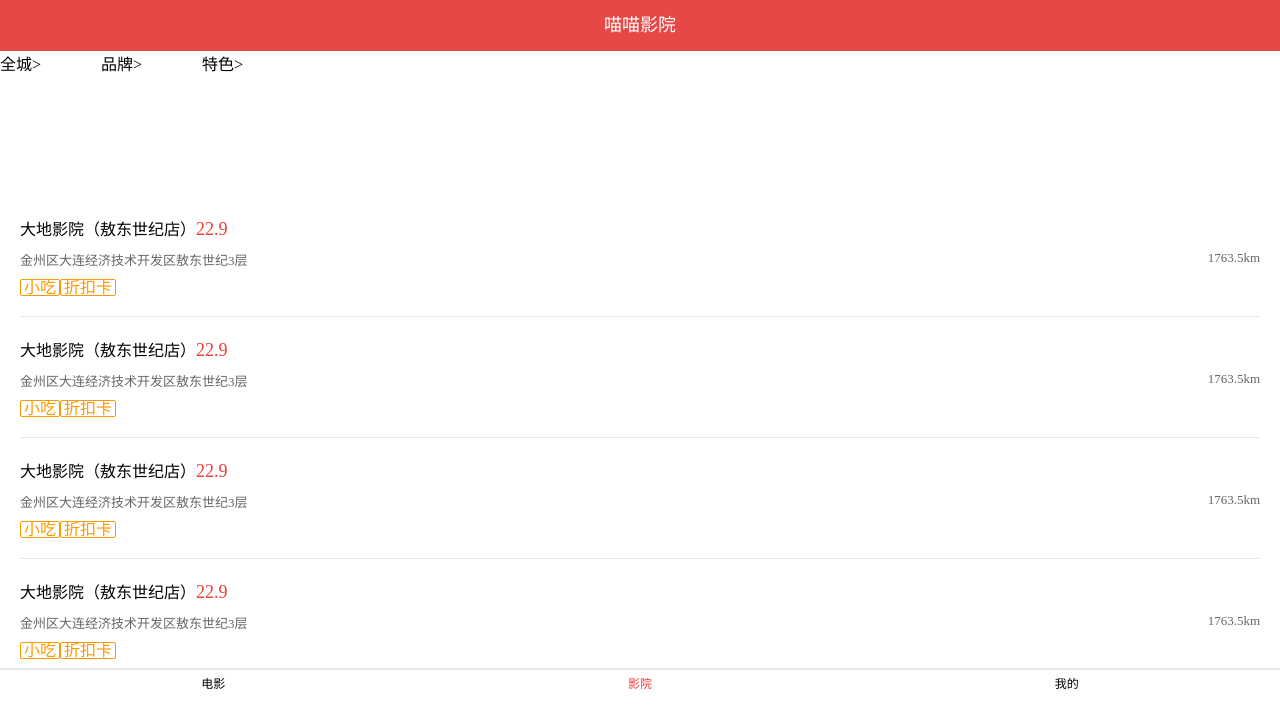
Repository: X-J-0/miaomiao_film
Page: /cinema (app in miaomiao/)
An editor plug-in stored every save of this project. The page is shown before and after the next save, followed by the edit.
The browser window is 1280 px wide. The pictures show the whole page.
The project was rebuilt for these pictures with package versions that can differ from the ones it lists, and the page was loaded fresh each time. Also part of the build but not shown: miaomiao/src/components/Allocate/index.vue. Imported but missing from the stored project, and not drawn on this page: miaomiao/src/components/Brand, miaomiao/src/components/Special.

Above is the page before, as saved 2020-03-24 19:42:39.

### miaomiao/public/index.html
<!DOCTYPE html>
<html lang="en">
  <head>
    <meta charset="utf-8">
    <meta http-equiv="X-UA-Compatible" content="IE=edge">
    <meta name="viewport" content="width=device-width,initial-scale=1.0,user-scalable=no">
    <link rel="icon" href="<%= BASE_URL %>favicon.ico">
    <link rel="stylesheet" href="<%= BASE_URL %>css/common.css">
    <!-- <link rel="stylesheet" href="<%= BASE_URL %>css/common.css"> -->
    <title><%= htmlWebpackPlugin.options.title %></title>
  </head>
  <body>
    <noscript>
      <strong>We're sorry but <%= htmlWebpackPlugin.options.title %> doesn't work properly without JavaScript enabled. Please enable it to continue.</strong>
    </noscript>
    <div id="app"></div>
    <!-- built files will be auto injected -->
  </body>
</html>

### miaomiao/src/App.vue
<template>
    <keep-alive>
        <router-view/>
    </keep-alive>
</template>

<style lang="scss">
</style>

### miaomiao/src/router/index.js
import Vue from 'vue'
import VueRouter from 'vue-router'
import movieRouter from './movie'
import mineRouter from './mine'
import cinemaRouter from './cinema'

Vue.use(VueRouter)


const router = new VueRouter({
  mode: 'history',
  base: process.env.BASE_URL,
  routes: [
    movieRouter,
    mineRouter,
    cinemaRouter,
    {
      path:'/*',
      redirect:'/movie'
    }
  ]
})

export default router

### miaomiao/src/router/movie/index.js
export default {
    path:'/movie',
    component : () => import('@/views/Movie'),
    children:[
        {
            path:'city',
            component:()=>import('@/components/City')
        },
        {
            path:'nowPlaying',
            component:()=>import('@/components/NowPlaying')
        },
        {
            path:'comingSoon',
            component:()=>import('@/components/ComingSoon')
        },
        {
            path:'search',
            component:()=>import('@/components/Search')
        },
        {
            path:'/movie',
            redirect:'/movie/nowPlaying'
        }
    ]
}

### miaomiao/src/router/mine/index.js
export default {
    path:'/mine',
    component : () => import('@/views/Mine'),
    children:[
        {
            path:'center',
            component:()=>import('@/views/Mine/center.vue')
        },
        {
            path:'login',
            component:()=>import('@/components/Login')
        },
        {
            path:'register',
            component:()=>import('@/components/Register')
        },
        {
            path:'findPassword',
            component:()=>import('@/components/FindPassword')
        },
        {
            path:'/mine',
            redirect:'center'
        }
    ]
}

### miaomiao/src/router/cinema/index.js
export default {
    path:'/cinema',
    component : () => import('@/views/Cinema'),
    children:[
        {
            path:'allocate',
            component:()=>import('@/components/Allocate')
        },
        {
            path:'brand',
            component:()=>import('@/components/Brand')
        },
        {
            path:'special',
            component:()=>import('@/components/Special')
        },
        {
            path:'/cinema',
            redirect:'/cinema/allocate'
        }
    ]
}

### miaomiao/src/views/Cinema/index.vue
<template>
    <div id="main">
        <Header title="喵喵影院" />
        <div id="content">
          <ul class="cinema_menu">
            <li class="city_switch">
              全城>
            </li>
            <li class="brand_switch">
              品牌>
            </li>
            <li class="feature_switch">
              特色>
            </li>
          </ul>
        </div>
        <Clist/>
        <TabBar />
    </div>
</template>

<script>

import Header from '@/components/Header';
import TabBar from '@/components/TabBar';
import Clist from '@/components/Clist';
export default {
  name:'Cinema',
    components : {
    Header,
    TabBar,
    Clist
  },
  data(){
   return {

   }
  }
}
</script>

<style scoped>
.cinema_menu li{
  margin-right: 10px;
  margin-right:60px;
  float:left;
}
</style>

### miaomiao/src/components/Header/index.vue
<template>
    <header id="header">
        <h1>{{title}}</h1>
    </header>
</template>

<script>
export default {
  name:'Header',
  props:{
      title:{
          type:String,
          default:'喵喵电影'
      }
  }
}
</script>

<style scoped>
#header{width:100%;height:50px;color:#fff;background-color: #e54847;border-bottom:1px solid #e54847;position: relative;}
#header h1{font-size:18px;text-align: center;line-height: 50px; font-weight: normal;}
#header i{position:absolute;left:5px;top:50%;margin-top:-13px;font-size:26px;}
</style>

### miaomiao/src/components/TabBar/index.vue
<template>
    <footer id="footer">
        <ul>
            <router-link tag="li" to="/movie">
                <!-- <i class="iconfont icon-dianying"></i> -->
                <p>电影</p>
            </router-link>
            <router-link tag="li" to="/cinema">
                <!-- <i class="iconfont icon-yingyuan"></i> -->
                <p>影院</p>
            </router-link>
            <router-link tag="li" to="/mine">
                <!-- <i class="iconfont icon-dianying"></i> -->
                <p>我的</p>
            </router-link>
        </ul>
    </footer>
</template>

<script>
export default {
  name:'Footer',
  data(){
   return {

   }
  }
}
</script>

<style scoped>
#footer{width:100%; height:50px;background-color: #fff;border-top:2px #ebe8e3 solid;position:fixed;left:0;bottom:0;}
#footer ul{display:flex;text-align: center;height:50px;align-items:center;}
#footer ul li{flex:1;height:40px;}
#footer ul li.active{color:#f03d37;}
#footer ul li.router-link-active{color:#f03d37;}
#footer ul i{font-size:20px;}
#footer ul p{font-size:12px;line-height:18px;}
</style>

### miaomiao/src/components/Clist/index.vue
<template>
<div class="cinema_body">
    <ul>
        <li>
            <div>
                <span>大地影院（敖东世纪店）</span>
                <span class="q"><span class="price">22.9</span></span>
            </div>
            <div class="address">
                <span>金州区大连经济技术开发区敖东世纪3层</span>
                <span>1763.5km</span>
            </div>
            <div class="card">
                <div>小吃</div>
                <div>折扣卡</div>
            </div>
        </li>
        <li>
            <div>
                <span>大地影院（敖东世纪店）</span>
                <span class="q"><span class="price">22.9</span></span>
            </div>
            <div class="address">
                <span>金州区大连经济技术开发区敖东世纪3层</span>
                <span>1763.5km</span>
            </div>
            <div class="card">
                <div>小吃</div>
                <div>折扣卡</div>
            </div>
        </li>
        <li>
            <div>
                <span>大地影院（敖东世纪店）</span>
                <span class="q"><span class="price">22.9</span></span>
            </div>
            <div class="address">
                <span>金州区大连经济技术开发区敖东世纪3层</span>
                <span>1763.5km</span>
            </div>
            <div class="card">
                <div>小吃</div>
                <div>折扣卡</div>
            </div>
        </li>
        <li>
            <div>
                <span>大地影院（敖东世纪店）</span>
                <span class="q"><span class="price">22.9</span></span>
            </div>
            <div class="address">
                <span>金州区大连经济技术开发区敖东世纪3层</span>
                <span>1763.5km</span>
            </div>
            <div class="card">
                <div>小吃</div>
                <div>折扣卡</div>
            </div>
        </li>
    </ul>
</div>
</template>

<script>
export default {
  name:'Clist',
  data(){
   return {

   }
  }
}
</script>

<style scoped>
#content .cinema_body{flex:1;overflow:auto;}
.cinema_body ul{padding:20px;}
.cinema_body li{border-bottom:1px solid #e6e6e6;margin-bottom:20px;}
.cinema_body div{margin-bottom:10px;}
.cinema_body .q{font-size:11px;color:#f03d37;}
.cinema_body .price{font-size:18px;}
.cinema_body .address{font-size:13px;color:#666;}
.cinema_body .address span:nth-of-type(2){float:right;}
.cinema_body .card{display:flex;}
.cinema_body .card div{padding:0 3px;height:15px;line-height: 15px;border-radius: 2px;color:#f90;border:1px solid #f90;}
.cinema_body .card div.or{color:#f90;border:1px solid #f90;}
.cinema_body .card div.bl{color:#589daf;border:1px solid #589daf;}
</style>

### miaomiao/public/css/common.css
*{ margin : 0; padding : 0;}
ul,li{ list-style: none}
img{ display: block}
html, body{ height:100%}
.clearfix:after{ content:""; display:block; clear:both}
#main{ height: 100%; display: flex; flex-direction: column;}
#content{ flex:1; overflow:auto; margin-bottom: 50px;position: relative;display: flex;flex-direction: column;}

Loaded but not shown: miaomiao/src/main.js (common file); miaomiao/src/store/index.js (common file)

After the next save:
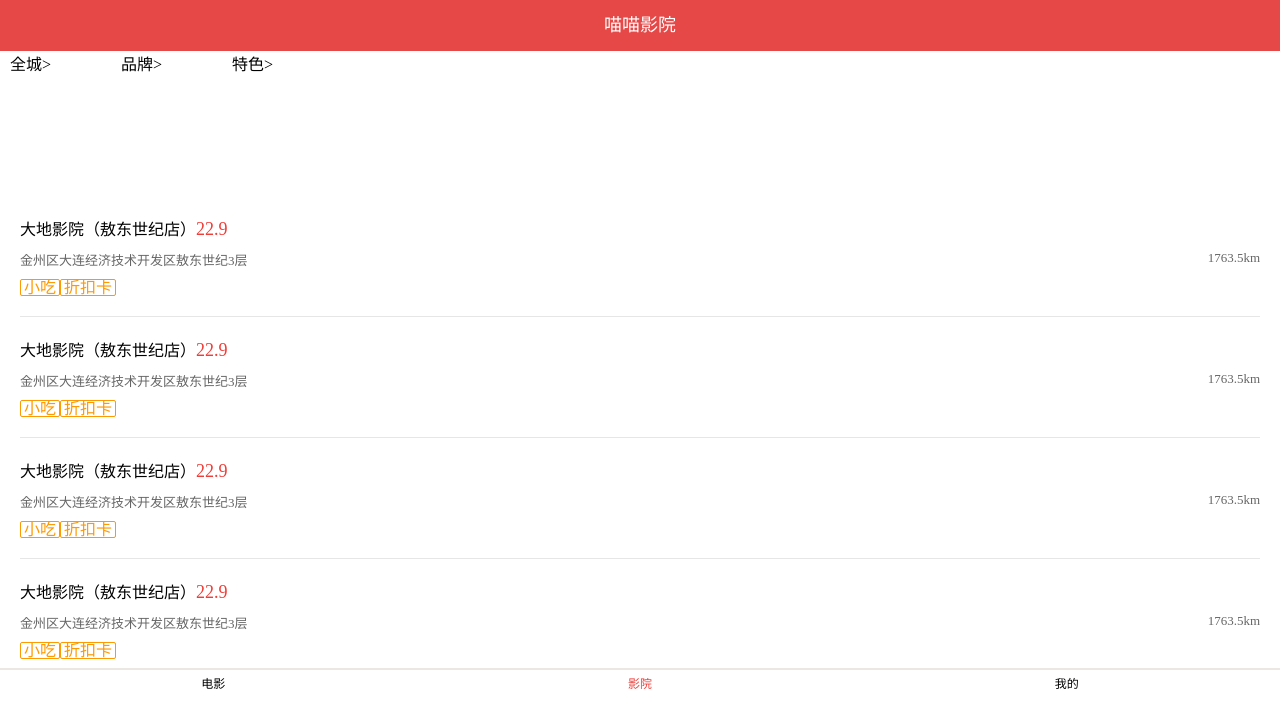
Saved 14 s later.
--- a/miaomiao/src/views/Cinema/index.vue
+++ b/miaomiao/src/views/Cinema/index.vue
@@ -41,7 +41,7 @@ export default {
 
 <style scoped>
 .cinema_menu li{
-  margin-right: 10px;
+  margin-left:10px;
   margin-right:60px;
   float:left;
 }
